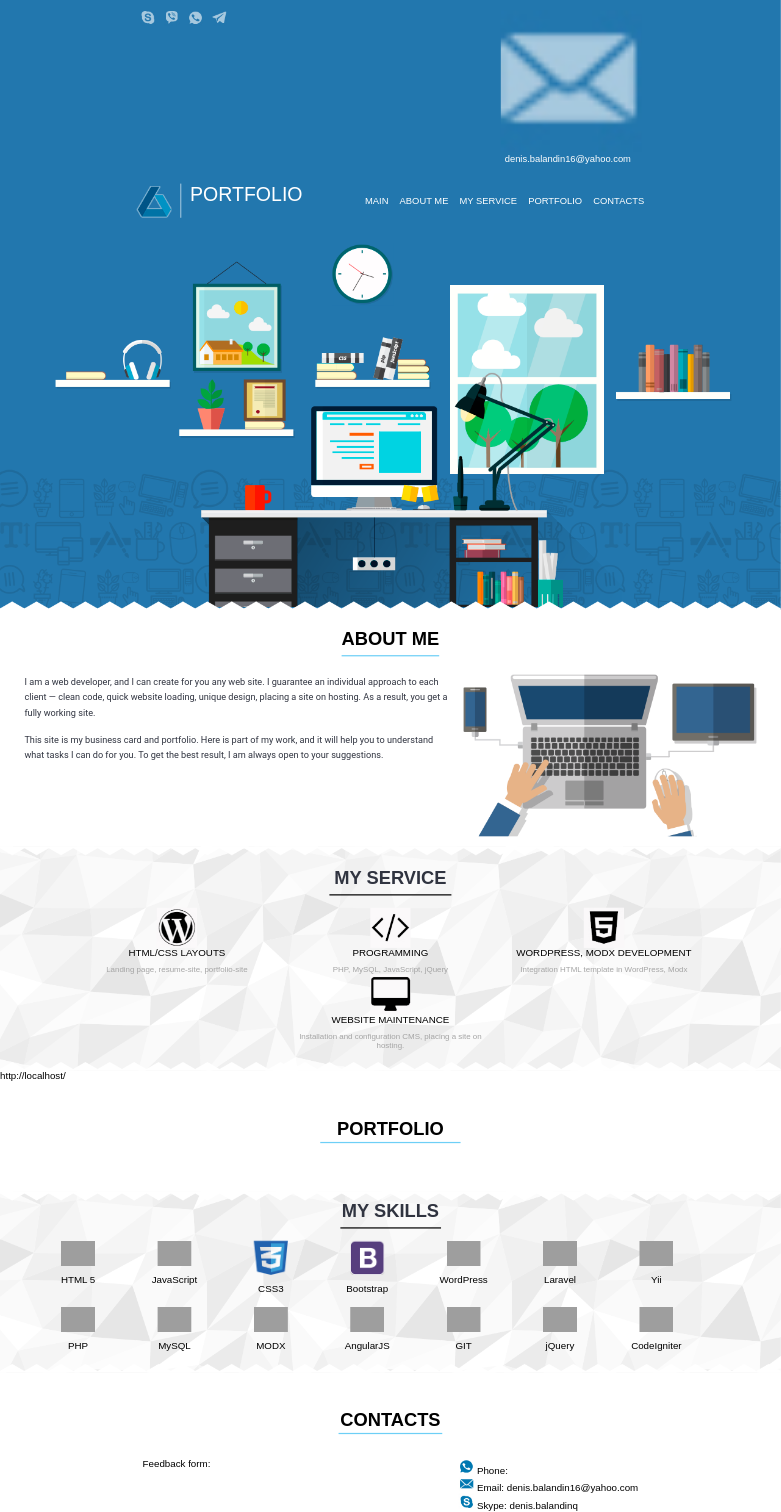
Repository: DenisBalandin/Portfolio
Page: /
An editor plug-in stored every save of this project. The page is shown before and after the next save, followed by the edit.
The browser window is 1280 px wide. The pictures show the whole page, at 61% of full size.
Pictures or frames that could not be fetched are drawn as grey boxes. The page's requests for data from a server got no answer. The project was rebuilt for these pictures with package versions that can differ from the ones it lists, and the page was loaded fresh each time. No one was signed in, and anything a server would have sent is missing. Also part of the build but not shown: src/ItemPage.js.

Above is the page before, as saved 2020-03-06 19:19:35.

After the next save:
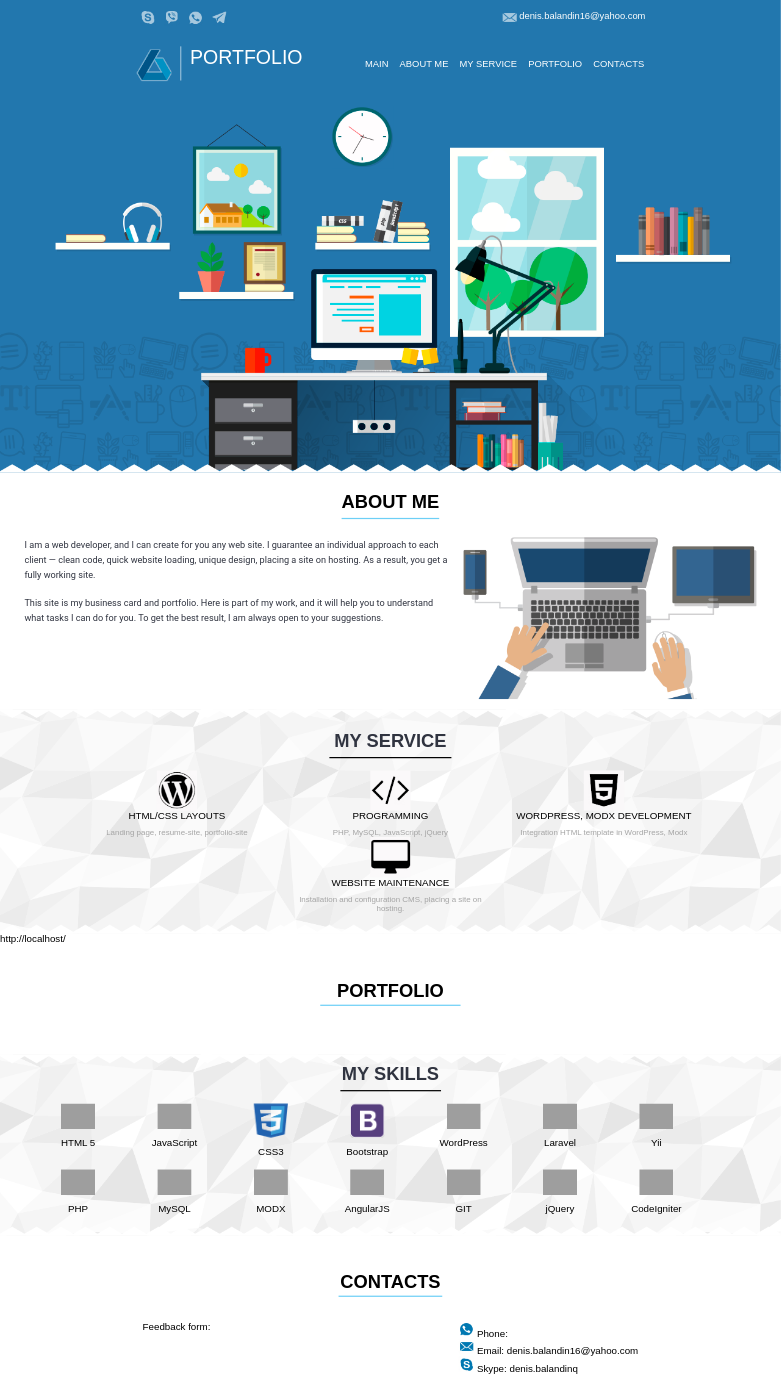
Saved 4 s later.
--- a/src/style.scss
+++ b/src/style.scss
@@ -26,9 +26,8 @@
             .email_heder{
                 // width: 20%;
                 img{
-
+                    position: absolute;
                     margin: 0 0 0 -2%;
-                    width: 100%;
                 }
                 span{
                     // position: absolute;
